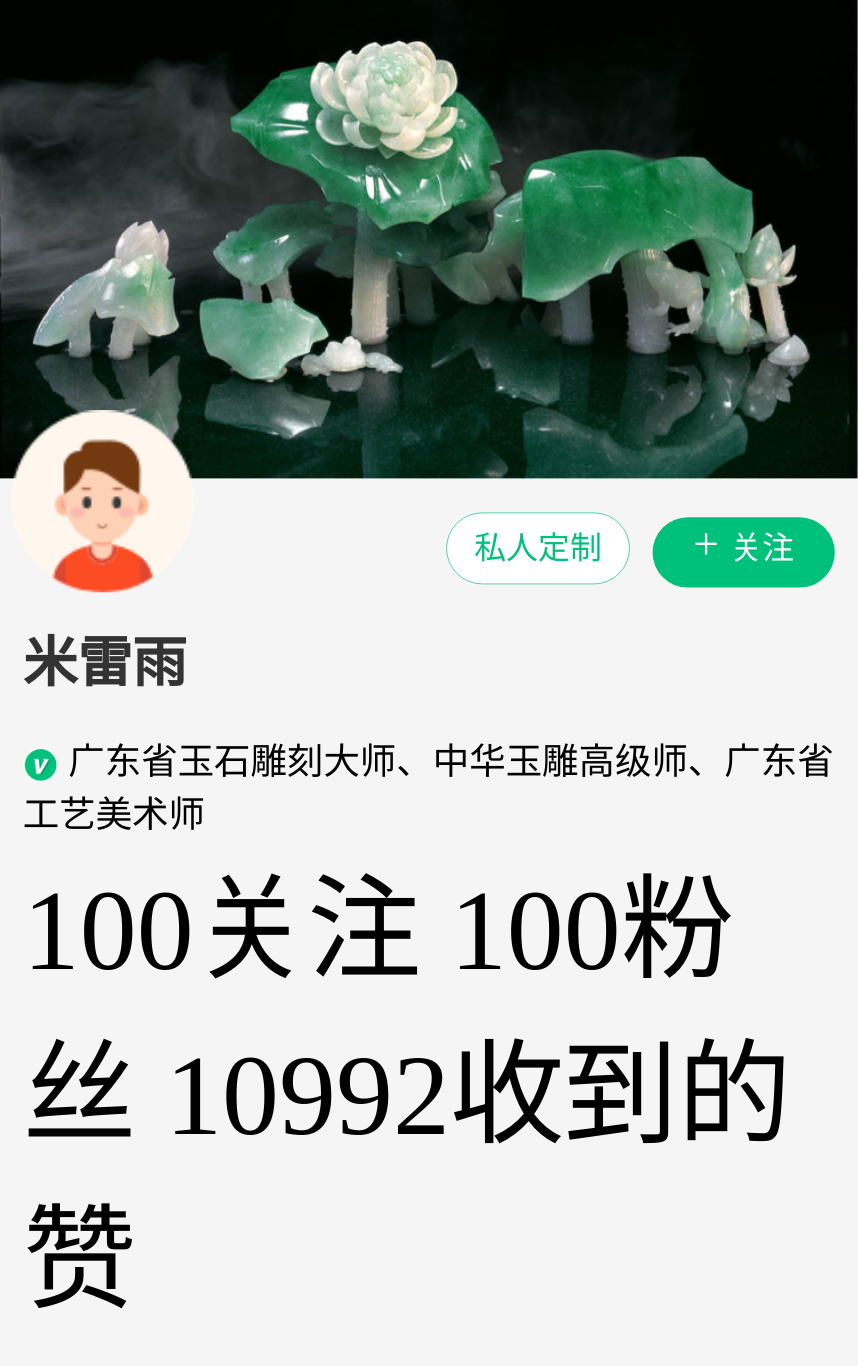
Repository: 1yanglulu/-
Page: html/jadecarvemaincenter.html
These files come from the project's save history. The page is drawn as it stood at one moment and after the next save; the edit follows.
The browser window is 1280 px wide. The pictures show the whole page, at 67% of full size.

Above is the page before, as saved 2020-01-07 14:24:17.

### html/jadecarvemaincenter.html
<!DOCTYPE html>
<html lang="en">
<head>
  <meta charset="UTF-8">
  <meta name="viewport" content="width=device-width, user-scalable=no, initial-scale=1.0, maximum-scale=1.0, minimum-scale=1.0">
  <meta http-equiv="X-UA-Compatible" content="ie=edge">
  <title>玉雕师详情</title>
  <link rel="stylesheet" href="../css/common.css">
  <link rel="stylesheet" href="../css/jadecarvemaincenter.css">
</head>
<body class="bac-color">
  <div class="jade-main-center">
    <div class="top-banner">
      <img src="../images/mainbac.png" alt="" class="banner-bac">
    </div>
    <div class="avatar-box">
      <img src="../images/defaultImg.png" alt="" class="default-img">
      <div class="btn-box fn">
        <a href="javascript:void(0);" class="self-made">私人定制</a>
        <div class="follow-btn"><span class="add-icon">+</span>关注</div>
      </div>
      <div class="jade-name">
        米雷雨
      </div>
      <div class="jade-introduce fn">
        <img src="../images/vipicon.png" alt="vip" class="vip-icon">
        <span class="touxian">广东省玉石雕刻大师、中华玉雕高级师、广东省工艺美术师</span>
      </div>
      <div class="jade-hot-num">
        <span>100</span>关注
        <span>100</span>粉丝
        <span>10992</span>收到的赞
      </div>
    </div>
  </div>
  <script src="../js/jquery-3.3.1.min.js"></script>
  <script src="../js/rem.js"></script>
  <script src="../js/jadecarvemaincenter.js"></script>
  <script></script>
</body>
</html>

### css/common.css
h2,body,div,html,ul,li,a,img{
  margin: 0;
  padding: 0;
}
a,img{
  display:block;
}
.fn{
  font-size:0;
}
ul{
  margin-block-start: 0;
  margin-block-end: 0;
  padding-inline-start: 0;
}
ul li{
  list-style: none;
}
a{
  text-decoration: none;
}
.clearfix:after{/*伪元素是行内元素 正常浏览器清除浮动方法*/
  content: "";
  display: block;
  height: 0;
  clear:both;
  visibility: hidden;
}
.clearfix{
  *zoom: 1;/*ie6清除浮动的方式 *号只有IE6-IE7执行，其他浏览器不执行*/
}
.fl{
  float: left;
}
.fr{
  float:right;
}
.bac-color{
  /* background:rgb(248,248,248); */
  background: #f5f5f5;
}

### css/jadecarvemaincenter.css
.jade-main-center{
  width: 100%;
}
.banner-bac{
  width: 100%;
  height: 4.2rem;
  display: block
}
.default-img{
  width: 1.6rem;
  height: 1.6rem;
}
.avatar-box{
  position: relative;
}
.default-img{
  position: absolute;
  left:.1rem;
  top:-.6rem;

}
.avatar-box{
  padding:0 .2rem 0.3rem;
}
.btn-box{
  text-align: right;
  padding: .3rem 0;
}
.self-made{
  display: inline-block;
  padding: 0 .24rem;
  text-align: center;
  line-height: .62rem;
  border: 1px solid #00C17B;
  border-radius:.33rem;
  background: #fff;
  font-size: .28rem;
  color: #00C17B;
  margin-right: .2rem;
}
.follow-btn{
  width: 1.6rem;
  height: .62rem;
  text-align: center;
  background: #00C17B;
  border-radius:.33rem;
  font-size: .28rem;
  color: #FFFFFF;
  display: inline-block;
}
.add-icon{
  font-size: .4rem;
  color: #FFFFFF;
  margin-right: .1rem;
}
.jade-name{
  font-size: .48rem;
  color: #333333;
  line-height: .58rem;
  text-align: left;
  margin-top: .08rem;
  font-weight: bold;
  margin-bottom: .3rem;
}
.jade-introduce{
  font-size: .32rem;
  color: #000000;
}
.vip-icon{
  width: .32rem;
  height: .32rem;
  display: inline-block;
  vertical-align: middle;
}
.touxian{
  font-size: .32rem;
  color: #000000;
}

### js/rem.js
(function (doc, win) {
    var docEl = doc.documentElement,
        resizeEvt = 'orientationchange' in window ? 'orientationchange' : 'resize',
        recalc = function () {
            var clientWidth = docEl.clientWidth;
            if (!clientWidth) return;
            docEl.style.fontSize =Math.floor(100*(clientWidth / 750))+ 'px';
        };
    if (!doc.addEventListener) return;
    win.addEventListener(resizeEvt, recalc, false);
    doc.addEventListener('DOMContentLoaded', recalc, false);
})(document,window);

Loaded but not shown: js/jquery-3.3.1.min.js (library); js/jadecarvemaincenter.js (no stored copy; drawn as an empty file)

After the next save:
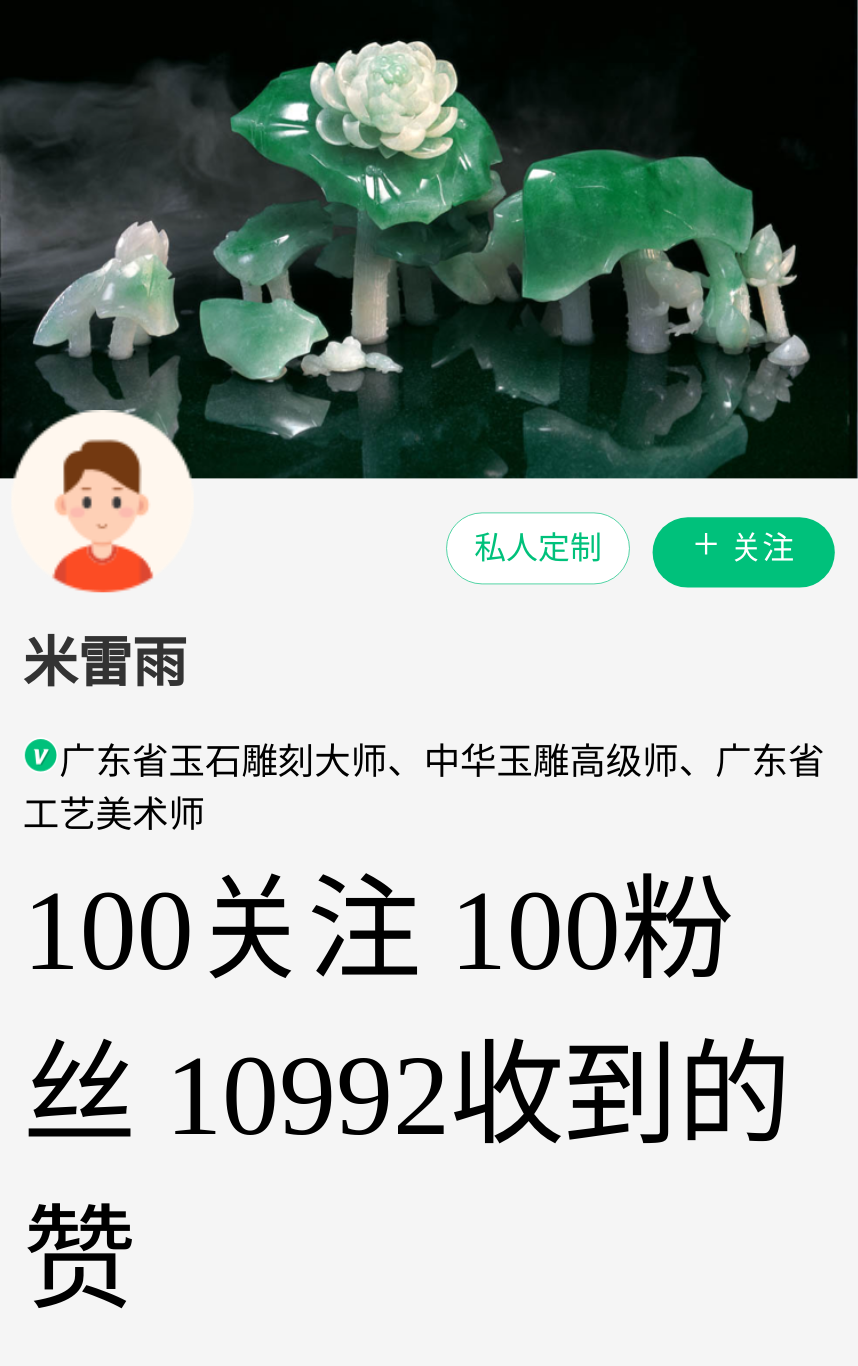
Saved 9 s later.
--- a/css/jadecarvemaincenter.css
+++ b/css/jadecarvemaincenter.css
@@ -63,14 +63,11 @@
   margin-bottom: .3rem;
 }
 .jade-introduce{
-  font-size: .32rem;
-  color: #000000;
 }
 .vip-icon{
   width: .32rem;
   height: .32rem;
   display: inline-block;
-  vertical-align: middle;
 }
 .touxian{
   font-size: .32rem;
